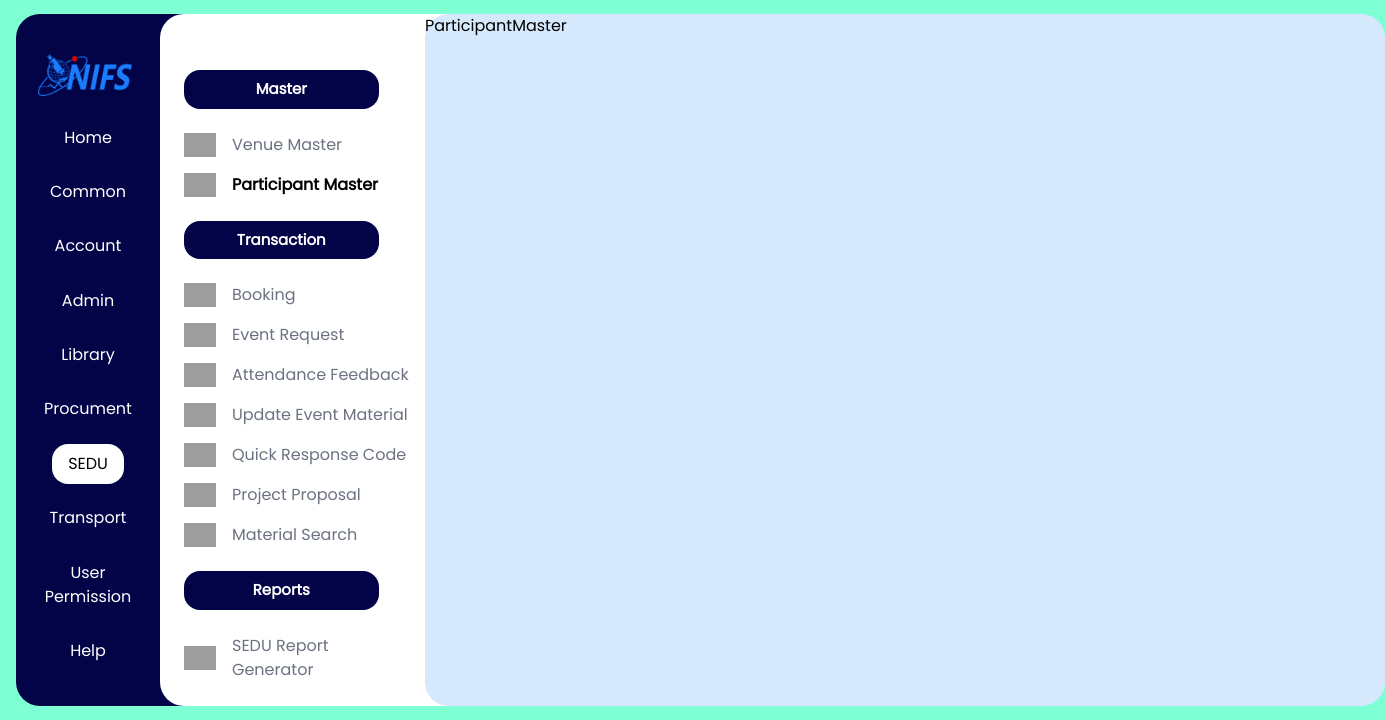
Repository: virangaj/NIFS-WebApp
Page: /sedu/participant-master (app in client/)
These files come from the project's save history. The page is drawn as it stood at one moment and after the next save; the edit follows.
The browser window is 1280 px wide. The page is 1385 px wide, so the pictures cover 1385 px, including what lies to the right of the window. The pictures show the whole page.
Pictures or frames that could not be fetched are drawn as grey boxes. The project was rebuilt for these pictures with package versions that can differ from the ones it lists, and the page was loaded fresh each time. Also part of the build but not shown: client/src/pages/Login.tsx, client/src/pages/Home.tsx, client/src/components/Transport/shared/TransportNavbar.js, client/src/pages/TransportMainPage.tsx, client/src/pages/CommonMainPage.tsx, client/src/pages/AccountMainPage.tsx, client/src/pages/AdminMainPage.tsx, client/src/pages/LibraryMainPage.js and 14 more.

Above is the page before, as saved 2022-07-31 00:12:29.

### client/public/index.html
<!DOCTYPE html>
<html lang="en">
	<head>
		<meta charset="utf-8" />
		<link rel="icon" href="nifs_logo.png" />
		<meta name="viewport" content="width=device-width, initial-scale=1" />
		<meta name="theme-color" content="#000000" />
		<meta
			name="description"
			content="Web site created using create-react-app"
		/>
		<link rel="apple-touch-icon" href="%PUBLIC_URL%/logo192.png" />
		<!--
      manifest.json provides metadata used when your web app is installed on a
      user's mobile device or desktop. See https://developers.google.com/web/fundamentals/web-app-manifest/
    -->
		<link rel="manifest" href="%PUBLIC_URL%/manifest.json" />
		<!--
      Notice the use of %PUBLIC_URL% in the tags above.
      It will be replaced with the URL of the `public` folder during the build.
      Only files inside the `public` folder can be referenced from the HTML.

      Unlike "/favicon.ico" or "favicon.ico", "%PUBLIC_URL%/favicon.ico" will
      work correctly both with client-side routing and a non-root public URL.
      Learn how to configure a non-root public URL by running `npm run build`.
    -->
		<link
			href="https://fonts.googleapis.com/css?family=Poppins"
			rel="stylesheet"
		/>
		<title>NIFS Dashboard</title>
	</head>
	<body>
		<noscript>You need to enable JavaScript to run this app.</noscript>
		<div id="root"></div>
		<!--
      This HTML file is a template.
      If you open it directly in the browser, you will see an empty page.

      You can add webfonts, meta tags, or analytics to this file.
      The build step will place the bundled scripts into the <body> tag.

      To begin the development, run `npm start` or `yarn start`.
      To create a production bundle, use `npm run build` or `yarn build`.
    -->
	</body>
</html>

### client/src/index.css
@tailwind base;
@tailwind components;
@tailwind utilities;

* {
  margin: 0;
}

body {
  font-family: 'Poppins';
  -webkit-font-smoothing: antialiased;
  -moz-osx-font-smoothing: grayscale;
  background-color: #dfe7ee;

}

::-webkit-scrollbar {
  display: none;
}


:root {
  --main-navbar-back: #030347;
  --nav-title-section-back: rgba(47, 163, 72, 0.589);
  --white: #fff;
  --black: #000;
  --gray: rgba(68, 68, 68, 0.432);
  --border-radius: 10px;
  --pimary: rgb(10, 94, 133);
  --warning: #ed3d63;
  --secondary-nav-color: rgb(255, 255, 255);
  --body-content-bg: rgb(214, 232, 252);
}


.nav-logo {
  width: 100px;
  height: auto;
  margin-bottom: 2vh;
}

a {
  text-decoration: none;
}



/* main navbar */
.main-nav-bg {
  background-color: var(--main-navbar-back) !important;
}

.main-navbar {
  background-color: var(--main-navbar-back) !important;
  width: 100% !important;
  height: 80px !important;

}

/* secondary navbar */

.sec-nav-bg {
  background-color: var(--secondary-nav-color);
}

.secondary-navbar {
  margin: auto;
}

.nav-flex-section {
  display: -webkit-flex;
  display: -ms-flexbox;
  display: flex;
  -webkit-flex-wrap: wrap;
  -ms-flex-wrap: wrap;
  flex-wrap: wrap;
  justify-content: center;
}

.nav-flex-inside {
  margin-left: 5px;
  margin-left: 5px;
}

.nav-title {
  font-size: 15px;
  text-align: center;
  color: var(--white);
  font-weight: 600;

}

.nav-title-section {
  /* border-radius: var(--border-radius);
  background-color: var(--nav-title-section-back);
  box-shadow: rgba(100, 100, 111, 0.2) 0px 7px 29px 0px;
  pointer-events: none;
  margin-left: 10px;
  margin-left: 10px; */
  background-color: var(--main-navbar-back);
}

.nav-icon {
  width: 40px;
}

.nav-link {
  display: flex;
  display: -webkit-flex;
  display: -ms-flexbox;
  flex-direction: column;
  align-items: center;
  font-size: 14px;
  margin-left: 5px;
  margin-right: 5px;
  border: none;
  box-shadow: rgba(100, 100, 111, 0.2) 0px 7px 29px 0px;
  padding: 4px 8px 6px 8px;
  margin-bottom: 10px;
  text-align: center;
  width: 125px;
  border-radius: var(--border-radius);
  background-color: var(--white);
  outline: none;
  min-height: 120px;
}

.nav-link:hover {
  color: var(--pimary);
  cursor: pointer;
  box-shadow: rgba(81, 146, 177, 0.2) 0px 7px 29px 0px;
  background-color: rgb(254, 255, 205);
  border-bottom: 2px solid var(--warning);
}


.nav-link:active {
  color: var(--pimary);
  cursor: pointer;
  box-shadow: rgba(81, 146, 177, 0.2) 0px 7px 29px 0px;
  background-color: rgb(205, 248, 255);
  border-bottom: 2px solid var(--warning);
}

.nav-link-active {
  color: var(--pimary);
  cursor: pointer;
  box-shadow: rgba(81, 146, 177, 0.2) 0px 7px 29px 0px;
  background-color: rgb(205, 248, 255);
  border-bottom: 2px solid var(--warning);
}

/* body content*/
.body-content {
  margin: auto;
  width: 90%;
  margin-top: 12vh;

}

/* main page content */
.main-content {
  width: 90%;
  margin: auto;
  margin-top: 20px;
}

/* sub page content */

.sub-body-content {
  border: 2px solid var(--gray);
  border-radius: var(--border-radius);
  padding: 10px;
}

.sub-body-title {
  font-size: 24px;
}



/* error page */
.error-page {
  border: 2px solid var(--gray);
  border-radius: var(--border-radius);
  height: 50vh;
  width: 50vw;
  margin: auto;
  margin-top: 50px;
}

.error-page-content {
  display: flex;
  flex-direction: column;
  align-items: center;
  text-align: center !important;
  margin-top: 50px;
}

.error-page-content h1 {
  font-size: 100px;
  color: var(--warning);
  font-weight: 700;
  pointer-events: none;

}

.error-page-content p {
  font-size: 20px;
  margin-bottom: 20px;
  pointer-events: none;
}


@media screen and (max-width: 1366px) {
  body {
    background-color: aquamarine;
  }

  .nav-link {
    font-size: 12px;
    padding: 4px 4px 6px 4px;
    width: 100px;
    min-height: 100px;
  }

  .nav-icon {
    width: 35px;
  }
}

### client/src/App.tsx
import React, { useEffect } from 'react';
import Navbar from './components/shared/Navbar';
import Login from './pages/Login'
import { BrowserRouter as Router, Route, Routes } from 'react-router-dom'
import Home from './pages/Home';
import TransportMainPage from './pages/TransportMainPage';
import CommonMainPage from './pages/CommonMainPage';
import AccountMainPage from './pages/AccountMainPage';
import AdminMainPage from './pages/AdminMainPage';
import LibraryMainPage from './pages/LibraryMainPage';
import ProcumentMainPage from './pages/ProcumentMainPage';
import SeduMainPage from './pages/SeduMainPage';
import UserPermissionMainPage from './pages/UserPermissionMainPage';
import NotificationMainPage from './pages/NotificationMainPage';
import HelpMainPage from './pages/HelpMainPage';
import ErrorPage from './pages/ErrorPage';
import VerticalMainNavbar from './components/shared/VerticalMainNavbar';


function App() {


  return (
    <div className='w-[98%] flex mx-auto flex-col h-[100vh]'>
      <Router>
        {/* <Navbar /> */}
        <div>
          <VerticalMainNavbar />
        </div>
        <div className='overflow-y-scroll ml-4 scroll-bar'>
          <Routes>
            <Route path="/login" element={<Login />} />
            <Route path="/" element={<Home />} />
            <Route path="/common/*" element={<CommonMainPage />} />
            <Route path="/account/*" element={<AccountMainPage />} />
            <Route path="/admin/*" element={<AdminMainPage />} />
            <Route path="/library/*" element={<LibraryMainPage />} />
            <Route path="/procument/*" element={<ProcumentMainPage />} />
            <Route path="/sedu/*" element={<SeduMainPage />} />
            <Route path="/transport/*" element={<TransportMainPage />} />
            <Route
              path="/user-permission/*"
              element={<UserPermissionMainPage />}
            />
            <Route
              path="/notification/*"
              element={<NotificationMainPage />}
            />
            <Route path="/help/*" element={<HelpMainPage />} />
            <Route path="/error-404" element={<ErrorPage />} />
          </Routes>
        </div>


      </Router>
    </div>
  );
}

export default App;

### client/src/pages/SeduMainPage.tsx
import React from 'react';
import { Route, Routes } from 'react-router-dom';
import AttendanceFeedback from '../components/sedu/AttendanceFeedback';
import EventRequest from '../components/sedu/EventRequest';
import MaterialSearch from '../components/sedu/MaterialSearch';
import ParticipantMaster from '../components/sedu/ParticipantMaster';
import ProjectProposal from '../components/sedu/ProjectProposal';
import QuickResponseCode from '../components/sedu/QuickResponseCode';
import SeduBooking from '../components/sedu/SeduBooking';
import SeduReportGenerator from '../components/sedu/SeduReportGenerator';
import SeduSecondaryNavbar from '../components/sedu/shared/SeduSecondaryNavbar';
import UpdateEventMaterial from '../components/sedu/UpdateEventMaterial';
import VenueMaster from '../components/sedu/VenueMaster';
import SecondaryNavbar from '../components/shared/SecondaryNavbar';
import Pages from '../components/data/SeduNavData.json'
import VerticalSecondaryNavbar from '../components/shared/VerticalSecondaryNavbar';

// sedu main page where all other section of sedu department can be access from here
function SeduMainPage() {
	// console.log(Pages);


	return (

		<div >
			{/* <SeduSecondaryNavbar /> */}
			{/* <SecondaryNavbar pages={Pages} /> */}
			{/* <div className="main-content"> */}
			<div className='secondary-nav-position'>
				<VerticalSecondaryNavbar pages={Pages} />
			</div>
			<div className='absolute left-[425px] top-[2vh] bg-body-content-bg w-[75vw] h-[96vh] rounded-3xl'>
				<Routes>
					<Route path="/venue-master" element={<VenueMaster />} />
					<Route path="/participant-master" element={<ParticipantMaster />} />
					<Route path="/booking" element={<SeduBooking />} />
					<Route path="/event-request" element={<EventRequest />} />
					<Route path="/attendance-feedback" element={<AttendanceFeedback />} />
					<Route path="/update-material" element={<UpdateEventMaterial />} />
					<Route path="/quick-response" element={<QuickResponseCode />} />
					<Route path="/project-proposal" element={<ProjectProposal />} />
					<Route path="/material-search" element={<MaterialSearch />} />
					<Route path="/report-generator" element={<SeduReportGenerator />} />

				</Routes>
			</div>
		</div >);
}

export default SeduMainPage;

### client/src/components/shared/VerticalMainNavbar.tsx
import { Button } from '@mui/material'
import React from 'react'
import { Link, useLocation } from 'react-router-dom'
import Pages from '../data/MainNavPages.json'
import { HiMenuAlt2 } from "react-icons/hi";
import Logo from '../../images/nifs_logo.png'


function VerticalMainNavbar() {

    const location: any = useLocation();

    return (
        <>
            <div className='fixed left-0 w-48 top-[2vh] main-nav-bg ml-4 rounded-l-3xl'>
                <div className='h-[96vh] w-36 flex flex-col items-center py-10 px-2'>
                    <Link to='/'>
                        <img src={Logo} alt="logo" className="nav-logo" />
                    </Link>
                    {Pages.map((page, index) => (
                        location.pathname.split('/')[1] === page.link.split('/')[1] ?
                            <Link to={page.link} style={{ textDecoration: 'none' }} key={index}>
                                <button className='bg-white my-[1vh] px-4 py-2 rounded-2xl text-black'>
                                    {page.title}
                                </button>
                            </Link>
                            :
                            <Link to={page.link} style={{ textDecoration: 'none' }} key={index}>
                                <button className='my-[1vh] px-4 py-2 rounded-2xl text-white'>

                                    {page.title}
                                </button>
                            </Link>
                    ))}
                </div>
            </div>
            {/* <div className='fixed left-0 w-24 top-[2vh] visible md:invisible main-nav-bg ml-2 rounded-l-3xl'>
                <div className='h-[96vh] w-20 flex flex-col items-center py-10 px-2'>
                    <p className='text-white text-2xl cursor-pointer'>

                        <HiMenuAlt2 />
                    </p>


                </div>
            </div> */}
        </>
    )
}

export default VerticalMainNavbar

### client/src/components/shared/VerticalSecondaryNavbar.tsx
import React from 'react'
import Box from '@mui/material/Box';
import { Link, useLocation } from 'react-router-dom';
import Employees from '../data/Employee.json';

function VerticalSecondaryNavbar(props: any) {
    console.log(props.pages)
    const location = useLocation();
    const user = Employees[0];
    // const isAdmin: Boolean = user.deparment.toUpperCase() === location.pathname.split('/')[1].toUpperCase() && user.admin === true;
    const isAdmin: Boolean = true;

    console.log(isAdmin)
    const pages: any = props.pages;
    return (
        <div className='fixed left-0 w-72 top-[2vh] sec-nav-bg ml-40 rounded-l-3xl'>
            <div className='h-[96vh] w-[90%] flex flex-col items-start ml-4 py-10 px-2'>

                {pages.map((content: any, index: number) =>
                    <>
                        <div className='my-4 w-[80%] py-2 px-4 rounded-2xl nav-title-section'>
                            <p className='nav-title'>{content.section}</p>
                        </div>
                        {content.routes.map((page: any, i: number) => (
                            isAdmin ? <Link to={page.link} key={i}>
                                <div className='flex items-center'>
                                    <img src={page.img} alt={page.title} className='w-8' />
                                    <button className={location.pathname === page.link ? 'px-4 py-2 rounded-2xl text-black font-semibold text-left hover:text-blue-500 hover:font-semibold' : 'text-gray-500 px-4 py-2 text-left hover:text-blue-500 hover:font-semibold'}>{page.title}</button>
                                </div>
                            </Link> : (!page.only_admin ? <Link to={page.link} key={i}>
                                <div className='flex items-center'>
                                    <img src={page.img} alt={page.title} className='w-8' />
                                    <button className={location.pathname === page.link ? 'px-4 py-2 rounded-2xl text-black font-semibold text-left hover:text-blue-500 hover:font-semibold' : 'text-gray-500 px-4 py-2 text-left hover:text-blue-500 hover:font-semibold'}>{page.title}</button>
                                </div>
                            </Link> : "")
                        ))}
                    </>

                )}

            </div>

        </div>
    )
}

export default VerticalSecondaryNavbar

### client/src/components/sedu/ParticipantMaster.tsx
import React from 'react'

function ParticipantMaster() {
    return (
        <div>ParticipantMaster</div>
    )
}

export default ParticipantMaster

### client/src/components/data/SeduNavData.json
[
    {
        "section": "Master",
        "only_admin": false,
        "routes": [
            {
                "title": "Venue Master",
                "link": "/sedu/venue-master",
                "img": "https://img.icons8.com/fluency/50/000000/home.png",
                "only_admin": false
            },
            {
                "title": "Participant Master",
                "link": "/sedu/participant-master",
                "img": "https://img.icons8.com/fluency/50/000000/conference-foreground-selected.png",
                "only_admin": false
            }
        ]
    },
    {
        "section": "Transaction",
        "only_admin": false,
        "routes": [
            {
                "title": "Booking",
                "link": "/sedu/booking",
                "img": "https://img.icons8.com/fluency/50/000000/calendar-plus.png",
                "only_admin": false
            },
            {
                "title": "Event Request",
                "link": "/sedu/event-request",
                "img": "https://img.icons8.com/fluency/50/000000/invite.png",
                "only_admin": false
            },
            {
                "title": "Attendance Feedback",
                "link": "/sedu/attendance-feedback",
                "img": "https://img.icons8.com/fluency/50/000000/feedback-hub.png",
                "only_admin": false
            },
            {
                "title": " Update Event Material",
                "link": "/sedu/update-material",
                "img": "https://img.icons8.com/fluency/50/000000/available-updates.png",
                "only_admin": false
            },
            {
                "title": "Quick Response Code",
                "link": "/sedu/quick-response",
                "img": "https://img.icons8.com/fluency/50/000000/barcode-scanner.png",
                "only_admin": false
            },
            {
                "title": "Project Proposal",
                "link": "/sedu/project-proposal",
                "img": "https://img.icons8.com/fluency/50/000000/documents.png",
                "only_admin": false
            },
            {
                "title": "Material Search",
                "link": "/sedu/material-search",
                "img": "https://img.icons8.com/fluency/50/000000/search.png",
                "only_admin": false
            }
        ]
    },
    {
        "section": "Reports",
        "only_admin": true,
        "routes": [
            {
                "title": "SEDU Report Generator",
                "link": "/sedu/report-generator",
                "img": "https://img.icons8.com/cute-clipart/50/000000/load-from-file.png",
                "only_admin": true
            }
        ]
    }
]

### client/src/components/data/MainNavPages.json
[
    {
        "id": 0,
        "title": "Home",
        "link": "/"
    },
    {
        "id": 1,
        "title": "Common",
        "link": "/common"
    },
    {
        "id": 2,
        "title": "Account",
        "link": "/account"
    },
    {
        "id": 3,
        "title": "Admin",
        "link": "/admin"
    },
    {
        "id": 4,
        "title": "Library",
        "link": "/library"
    },
    {
        "id": 5,
        "title": "Procument",
        "link": "/procument"
    },
    {
        "id": 6,
        "title": "SEDU",
        "link": "/sedu"
    },
    {
        "id": 7,
        "title": "Transport",
        "link": "/transport"
    },
    {
        "id": 8,
        "title": "User Permission",
        "link": "/user-permission"
    },
    {
        "id": 10,
        "title": "Help",
        "link": "/help"
    }
]

### client/src/components/data/Employee.json
[
    {
        "id": 0,
        "value": "Mr. Kamal",
        "admin": true,
        "deparment": "Transpoort"
    },
    {
        "id": 1,
        "value": "Mr. Sunil",
        "admin": true,
        "deparment": "SEDU"
    },
    {
        "id": 2,
        "value": "Mr. Kusal",
        "admin": false,
        "deparment": "Transpoort"
    },
    {
        "id": 3,
        "value": "Mrs. Nayana",
        "admin": false,
        "deparment": "SEDU"
    },
    {
        "id": 4,
        "value": "Miss Rashmi",
        "admin": false,
        "deparment": "Transpoort"
    }
]

### client/tailwind.config.js
/** @type {import('tailwindcss').Config} */
module.exports = {
	content: ['./src/**/*.{js,jsx,ts,tsx}'],
	theme: {
		extend: {
			colors: {
				'body-content-bg': 'var(--body-content-bg)',
			},
		},
	},
	plugins: [],
};

Loaded but not shown: client/src/index.tsx (common file); client/src/reportWebVitals.ts (common file)

After the next save:
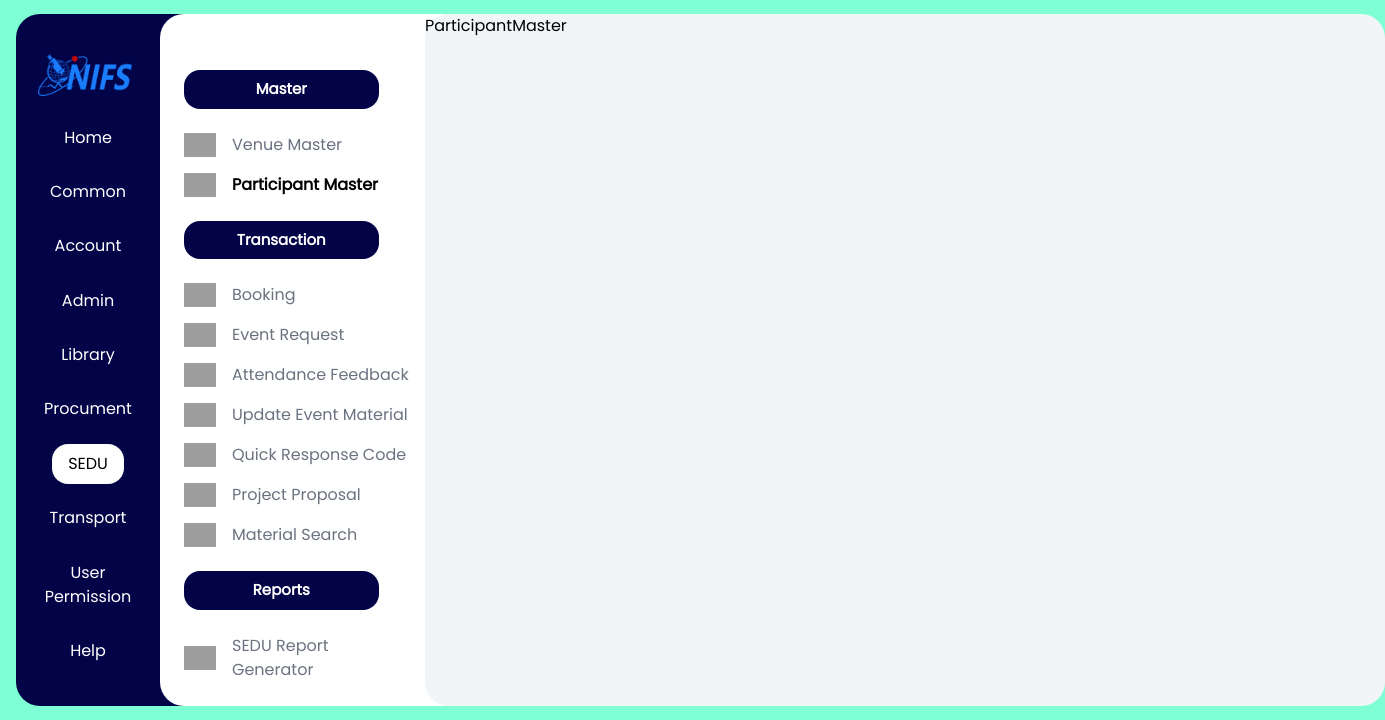
Saved 28 s later.
--- a/client/src/index.css
+++ b/client/src/index.css
@@ -29,7 +29,7 @@ body {
   --pimary: rgb(10, 94, 133);
   --warning: #ed3d63;
   --secondary-nav-color: rgb(255, 255, 255);
-  --body-content-bg: rgb(214, 232, 252);
+  --body-content-bg: #f2f5f8;
 }
 
 
